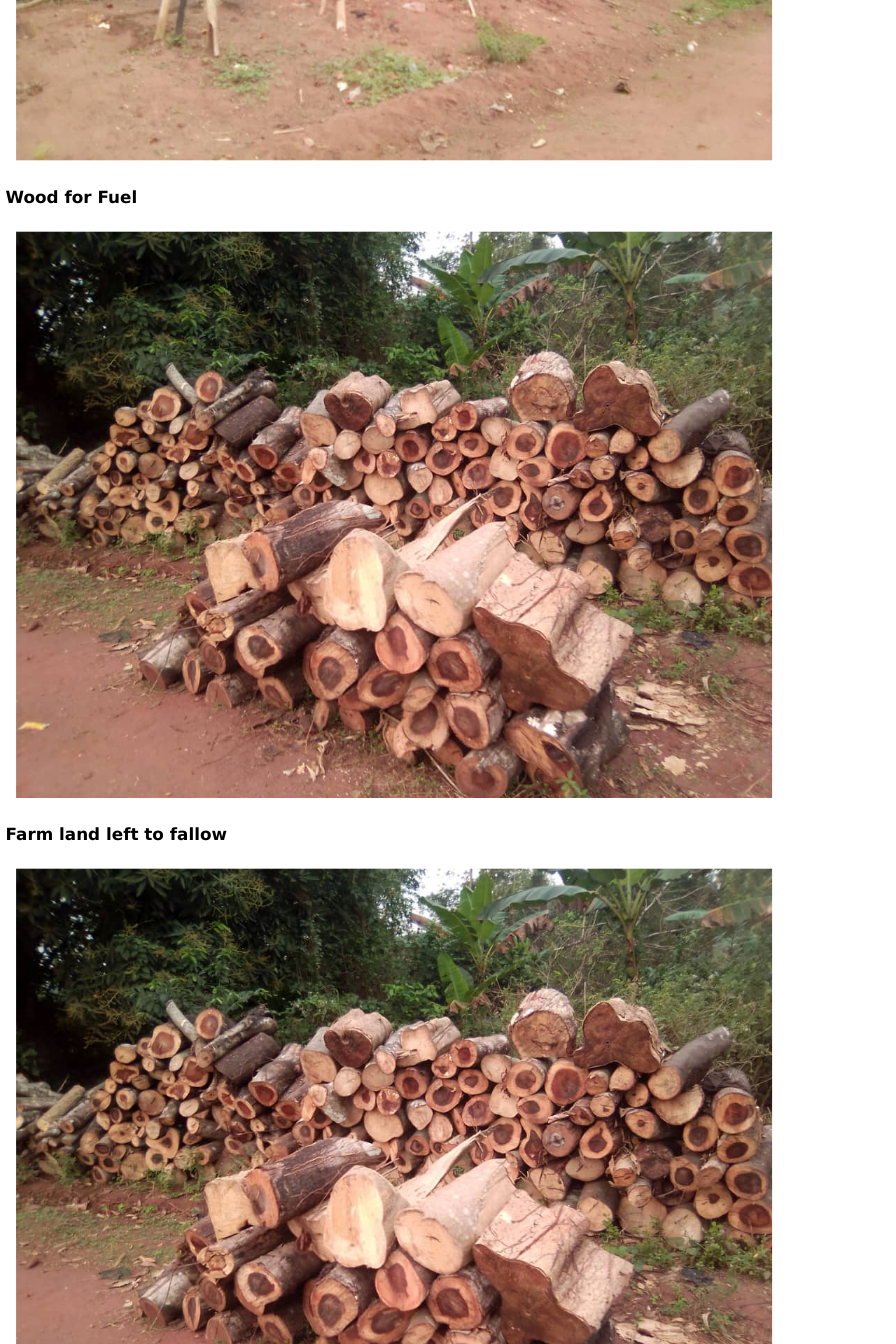
Repository: OtasowieRotimiOsifo/oheze-naka-forum
Page: economy.html
These files come from the project's save history. The page is drawn as it stood at one moment and after the next save; the edit follows.
The browser window is 1280 px wide. The pictures show the part of the page from y = 4580 to 6500 px (the page is 6725 px tall), at 70% of full size.

Above is the page before, as saved 2021-04-01 23:17:49.

### economy.html
<!DOCTYPE html>
<html lang="en">

<meta name="viewport" content="width=device-width, initial-scale=1.0">
<style>
* {
  box-sizing: border-box;
}

.row::after {
  content: "";
  clear: both;
  display: table;
}

[class*="col-"] {
  float: left;
  padding: 15px;
}

html {
  font-family: "Lucida Sans", sans-serif;
}

.header {
  background-color: #9933cc;
  color: #ffffff;
  padding: 15px;
}

.menu ul {
  list-style-type: none;
  margin: 0;
  padding: 0;
}

.menu li {
  padding: 8px;
  margin-bottom: 7px;
  background-color: #33b5e5;
  color: #ffffff;
  box-shadow: 0 1px 3px rgba(0,0,0,0.12), 0 1px 2px rgba(0,0,0,0.24);
}

.menu li:hover {
  background-color: #0099cc;
}

.aside {
  background-color: #4E38A9;
  padding: 15px;
  color: #ffffff;
  text-align: center;
  font-size: 14px;
  box-shadow: 0 1px 3px rgba(0,0,0,0.12), 0 1px 2px rgba(0,0,0,0.24);
}

.footer {
  background-color: #0099cc;
  color: #ffffff;
  text-align: center;
  font-size: 12px;
  padding: 15px;
}

/* For mobile phones: */
[class*="col-"] {
  width: 100%;
}

@media only screen and (min-width: 600px) {
  /* For tablets: */
  .col-s-1 {width: 8.33%;}
  .col-s-2 {width: 16.66%;}
  .col-s-3 {width: 25%;}
  .col-s-4 {width: 33.33%;}
  .col-s-5 {width: 41.66%;}
  .col-s-6 {width: 50%;}
  .col-s-7 {width: 58.33%;}
  .col-s-8 {width: 66.66%;}
  .col-s-9 {width: 75%;}
  .col-s-10 {width: 83.33%;}
  .col-s-11 {width: 91.66%;}
  .col-s-12 {width: 100%;}
}
@media only screen and (min-width: 768px) {
  /* For desktop: */
  .col-1 {width: 8.33%;}
  .col-2 {width: 16.66%;}
  .col-3 {width: 25%;}
  .col-4 {width: 33.33%;}
  .col-5 {width: 41.66%;}
  .col-6 {width: 50%;}
  .col-7 {width: 58.33%;}
  .col-8 {width: 66.66%;}
  .col-9 {width: 75%;}
  .col-10 {width: 83.33%;}
  .col-11 {width: 91.66%;}
  .col-12 {width: 100%;}
}
</style>
<head>
<title> Oheze-Naka Economy </title>
</head>
<body>

<div class="header">
  <h1>Oheze Naka: Economy</h1>
</div>
<div class="row">
  <h2>Occupation</h2>
  <div class="col-8 col-s-9">
      <span>Farming is the main occupation. Rearing of domestic animals is also practiced by the adults. </span>
      <span>Farm Produce include Yam, Plantain, Bananas, Palm Produce, Pineapples, Cassava, Fruits, Vegetables etc.</span>
      <span>Shifting cultivation is the main strategy for soil management.</span>
    </div>
  </div>
  <div class="row">
    <h2>Farm land preparation before planting </h2>
    <div  class="col-3 col-s-3">
      <img src="img/farm-land-preparation.jpeg"/>
  </div>
  </div>
  <div class="row">
    <h2>Plantain Farm</h2>
    <div  class="col-3 col-s-3">
      <img src="img/plantain-farm2.jpg"/>
  </div>
  </div>
  <div class="row">
    <h2>Palm Produce</h2>
    <div  class="col-3 col-s-3">
      <img src="img/palm-produce.jpeg"/>
  </div>
  </div>
  <div class="row">
    <h2>Gari Production from Cassava</h2>
    <div  class="col-3 col-s-3">
      <img src="img/gari-production.jpg"/>
  </div>
  </div>
  <div class="row">
    <h2>Yam Production</h2>
    <div  class="col-3 col-s-3">
      <img src="img/yam-production.jpeg"/>
  </div>
  </div>
  <div class="row">
    <h2>Wood for Fuel</h2>
    <div  class="col-3 col-s-3">
      <img src="img/woods.jpg"/>
  </div>
  </div>
  <div class="row">
    <h2>Farm land left to fallow</h2>
    <div  class="col-3 col-s-3">
      <img src="img/woods.jpg"/>
  </div>
  </div>
<div class="footer">
  <p>Courtesy of Oheze Naka Forum.</p>
</div>

</body>
</html>

After the next save:
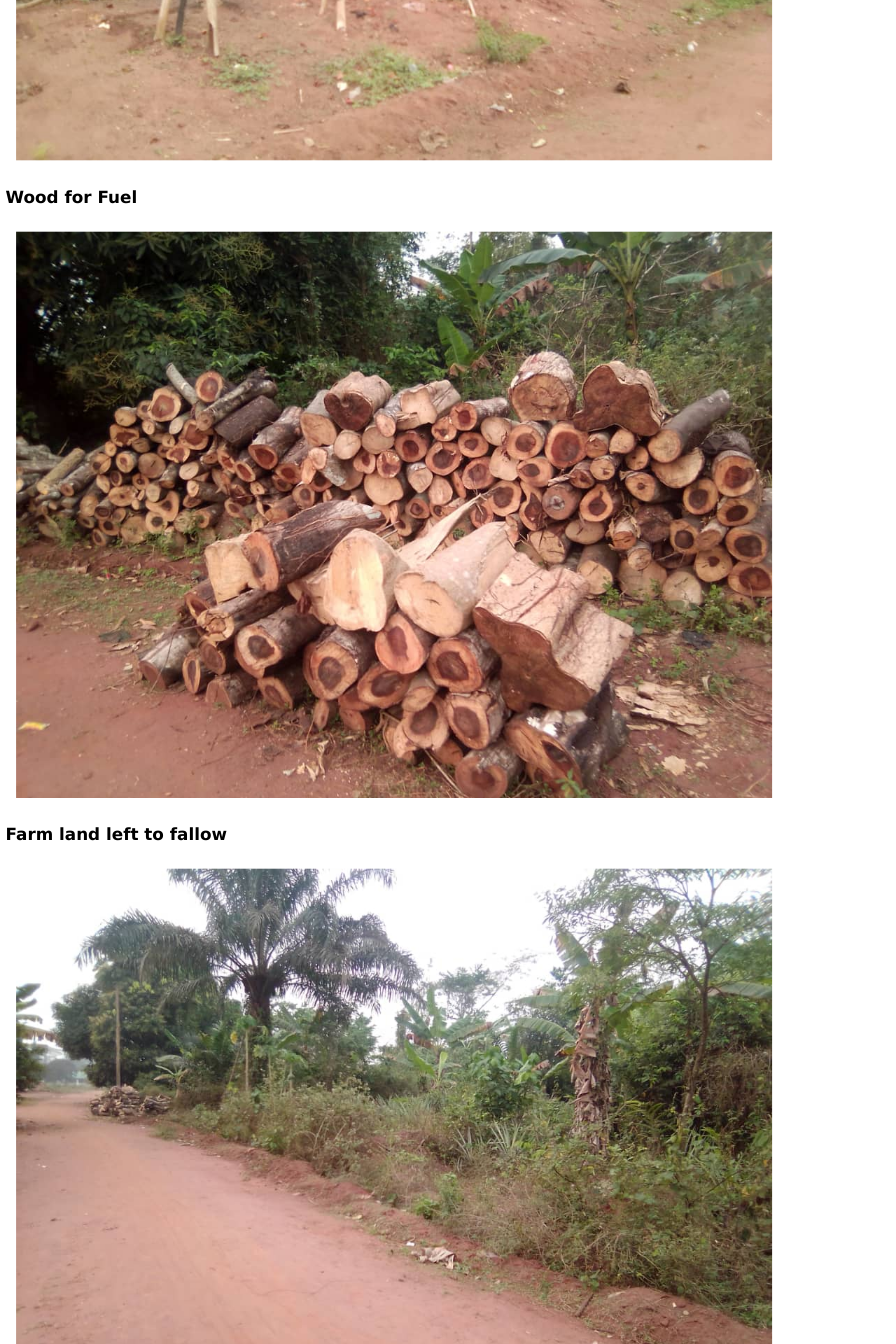
Saved 40 s later.
--- a/economy.html
+++ b/economy.html
@@ -154,7 +154,7 @@ html {
   <div class="row">
     <h2>Farm land left to fallow</h2>
     <div  class="col-3 col-s-3">
-      <img src="img/woods.jpg"/>
+      <img src="img/forest-2.jpg"/>
   </div>
   </div>
 <div class="footer">
